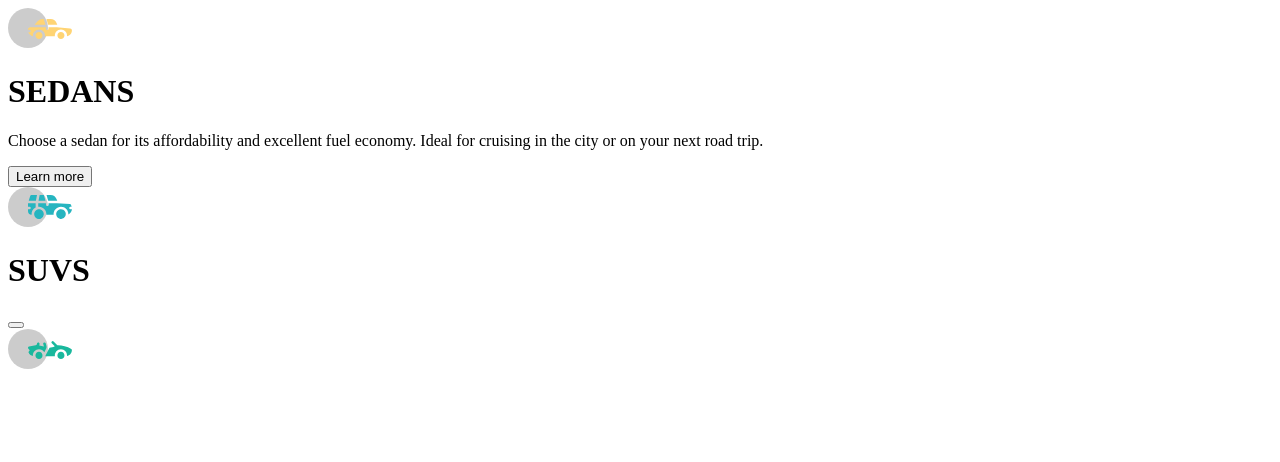
Repository: Pawan-pediredla/frontend-mentors
Page: 3-column-preview-card-component/3-column-preview-card-component-main/markup/index.html
An editor plug-in stored every save of this project. The page is shown before and after a run of saves, followed by the edit.
The browser window is 1280 px wide. The pictures show the whole page.

Above is the page before, as saved 2024-06-22 12:47:06.

### 3-column-preview-card-component/3-column-preview-card-component-main/markup/index.html
<!DOCTYPE html>
<html lang="en">
<head>
  <meta charset="UTF-8">
  <meta name="viewport" content="width=device-width, initial-scale=1.0"> <!-- displays site properly based on user's device -->

  <link rel="icon" type="image/png" sizes="32x32" href="./images/favicon-32x32.png">

  <title>Frontend Mentor | 3-column preview card component</title>

<link rel="stylesheet" href="../styling/index.css"/>
</head>
<body>
  <main>
    <div class="box" id="sedans">
      <img src="../images/icon-sedans.svg" alt="sedans-img"/>
      <h1>SEDANS</h1>
      <p>
        Choose a sedan for its affordability and excellent fuel economy. Ideal for cruising in the city
          or on your next road trip.
      </p>
<button class="sedandsb">Learn more</button>
    </div>
    <div class="box" id="suvs">
      <img src="../images/icon-suvs.svg" alt="suvs-img"/>
      <h1>
        SUVS
      </h1>
      <p>

      </p>
      <button class="suvsb">

      </button>
    </div>
    <div class="box" id="luxury">
      <img src="../images/icon-luxury.svg" alt=""/>
    </div>
  </main>
</body>
</html>

### 3-column-preview-card-component/3-column-preview-card-component-main/styling/index.css
.attribution { font-size: 11px; text-align: center; }
    .attribution a { color: hsl(228, 45%, 44%); }

After the next 5 saves:
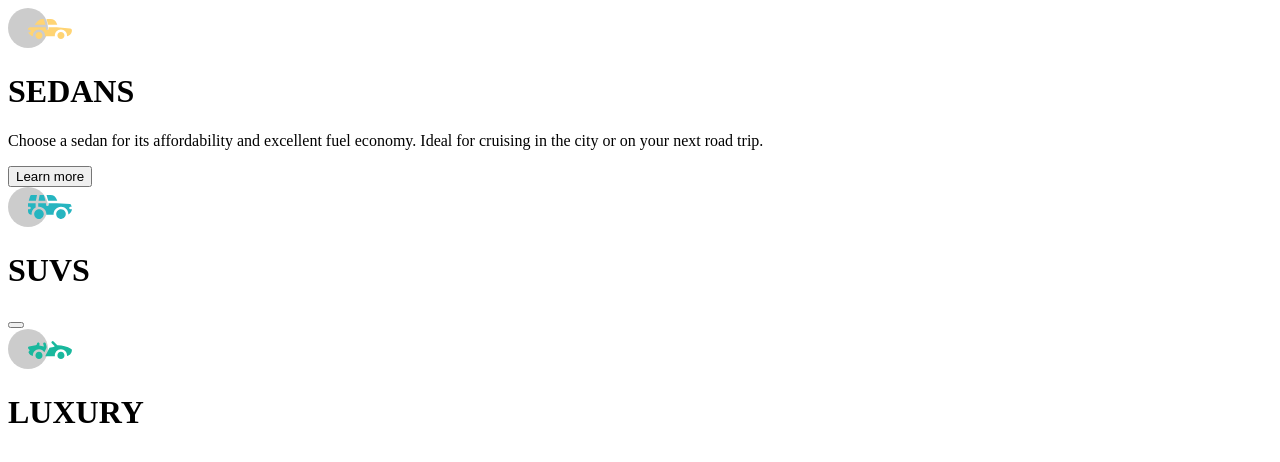
The 5 saves are shown as one change because they came seconds apart.
The last was saved 16 s later.
--- a/3-column-preview-card-component/3-column-preview-card-component-main/markup/index.html
+++ b/3-column-preview-card-component/3-column-preview-card-component-main/markup/index.html
@@ -34,7 +34,9 @@
       </button>
     </div>
     <div class="box" id="luxury">
-      <img src="../images/icon-luxury.svg" alt=""/>
+      <img src="../images/icon-luxury.svg" alt="luxury-img"/>
+      <h1>LUXURY</h1>
+      <p></p>
     </div>
   </main>
 </body>
